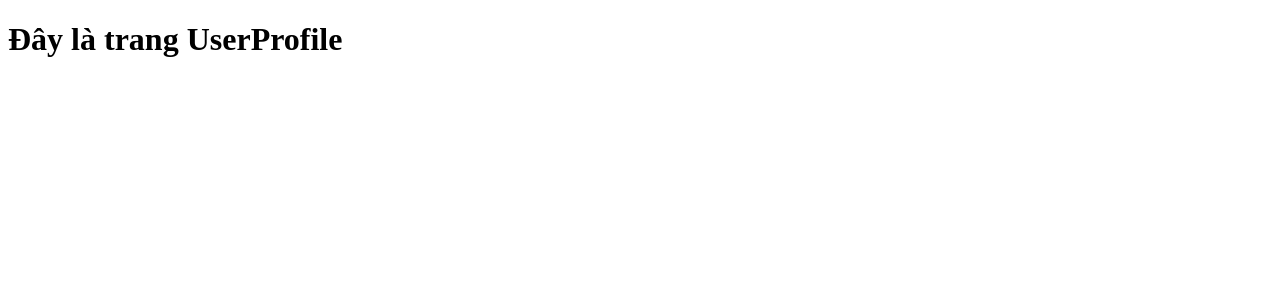
Repository: giakhiem2911/64131000_Web2
Page: Login/src/main/webapp/UserProfile.html
These files come from the project's save history. The page is drawn as it stood at one moment and after the next save; the edit follows.
The browser window is 1280 px wide. The pictures show the whole page.

Above is the page before, as saved 2025-02-21 04:11:52.

### Login/src/main/webapp/UserProfile.html
<!DOCTYPE html>
<html>
<head>
<meta charset="UTF-8">
<title>Thông tin người dùng</title>
<script type="text/Login.jsp"></script>
</head>
<body>
	<h1>Đây là trang UserProfile</h1>
</body>
</html>

After the next save:
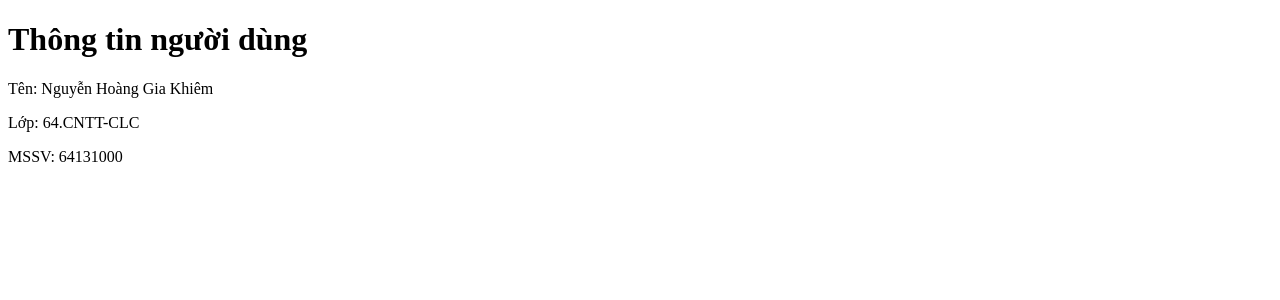
Saved 4 min 53 s later.
--- a/Login/src/main/webapp/UserProfile.html
+++ b/Login/src/main/webapp/UserProfile.html
@@ -3,9 +3,11 @@
 <head>
 <meta charset="UTF-8">
 <title>Thông tin người dùng</title>
-<script type="text/Login.jsp"></script>
 </head>
 <body>
-	<h1>Đây là trang UserProfile</h1>
+	<h1>Thông tin người dùng</h1>
+	<p>Tên: Nguyễn Hoàng Gia Khiêm</p>
+	<p>Lớp: 64.CNTT-CLC</p>
+	<p>MSSV: 64131000</p>
 </body>
 </html>
